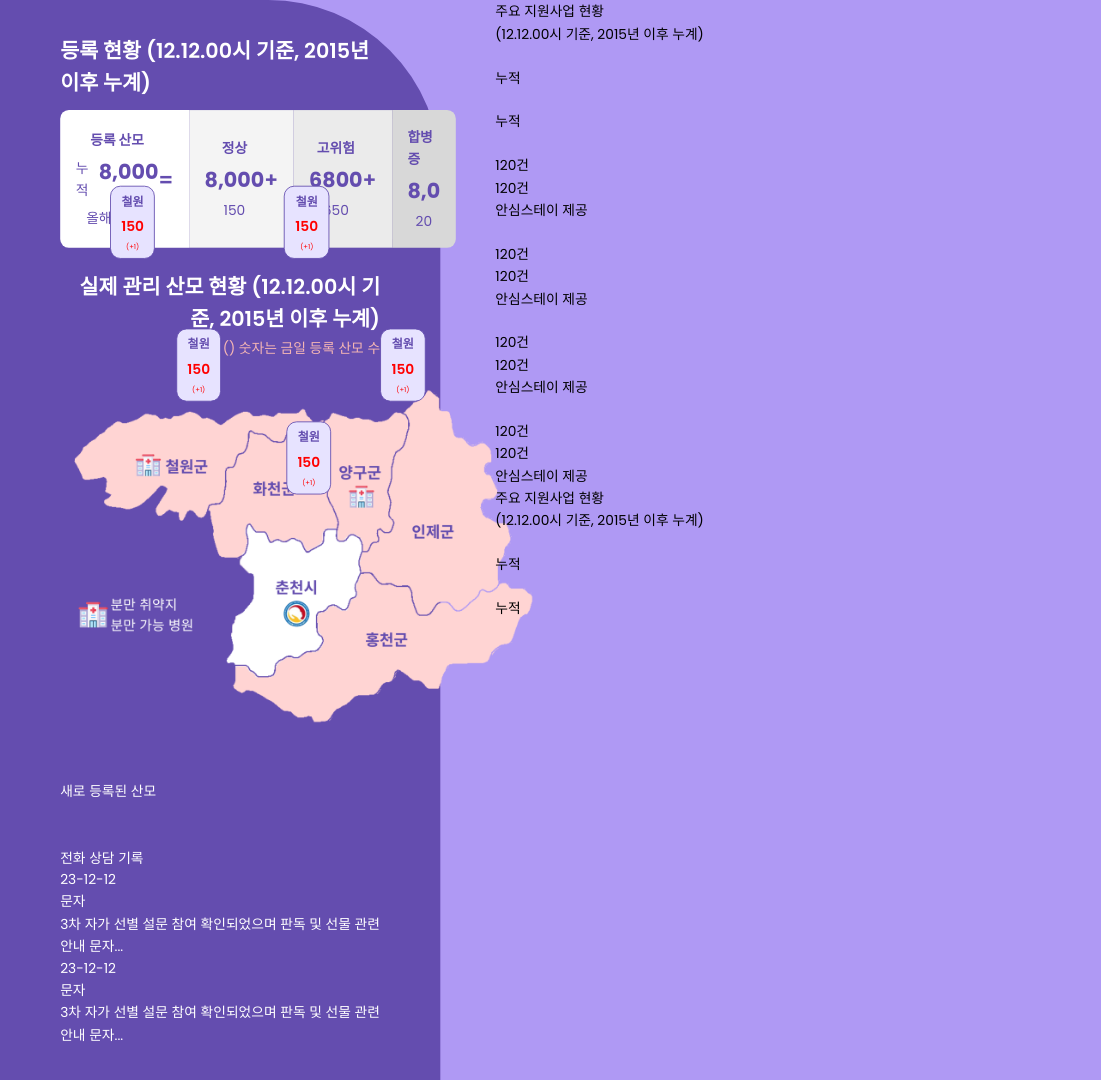
Repository: giapchicuong/Perganancy_Web
Page: index.html
An editor plug-in stored every save of this project. The page is shown before and after the next save, followed by the edit.
The browser window is 1280 px wide. The pictures show the whole page, at 86% of full size.

Above is the page before, as saved 2024-03-06 18:22:19.

After the next save:
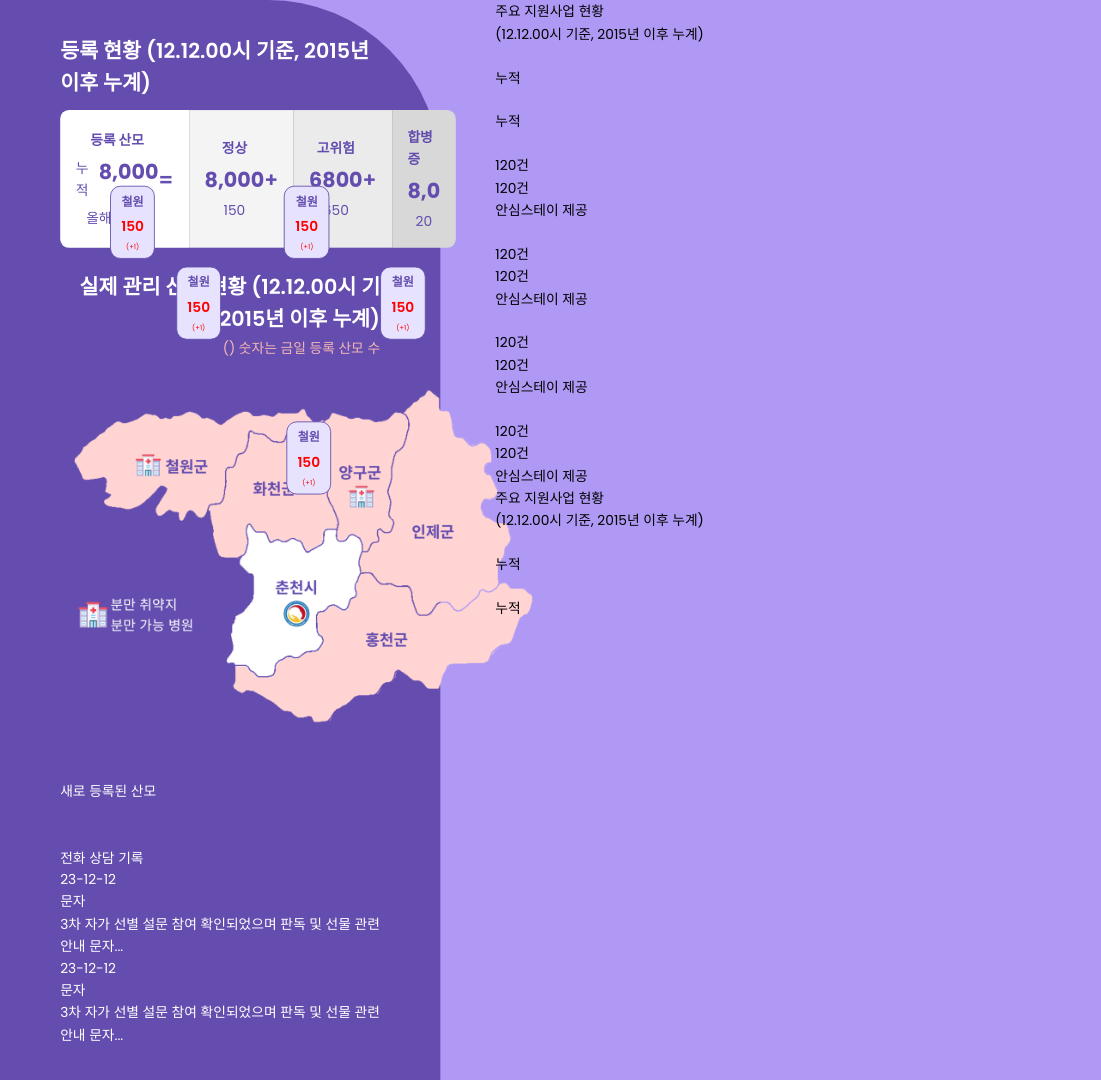
Saved 14 s later.
--- a/assets/style.css
+++ b/assets/style.css
@@ -130,7 +130,7 @@
 }
 .advertising-left__map-item-list-center{
     gap: 185px;
-    top: 53%;
+    top: 43%;
     left: 16%;
 }
 .advertising-left__map-item-list-bottom{
